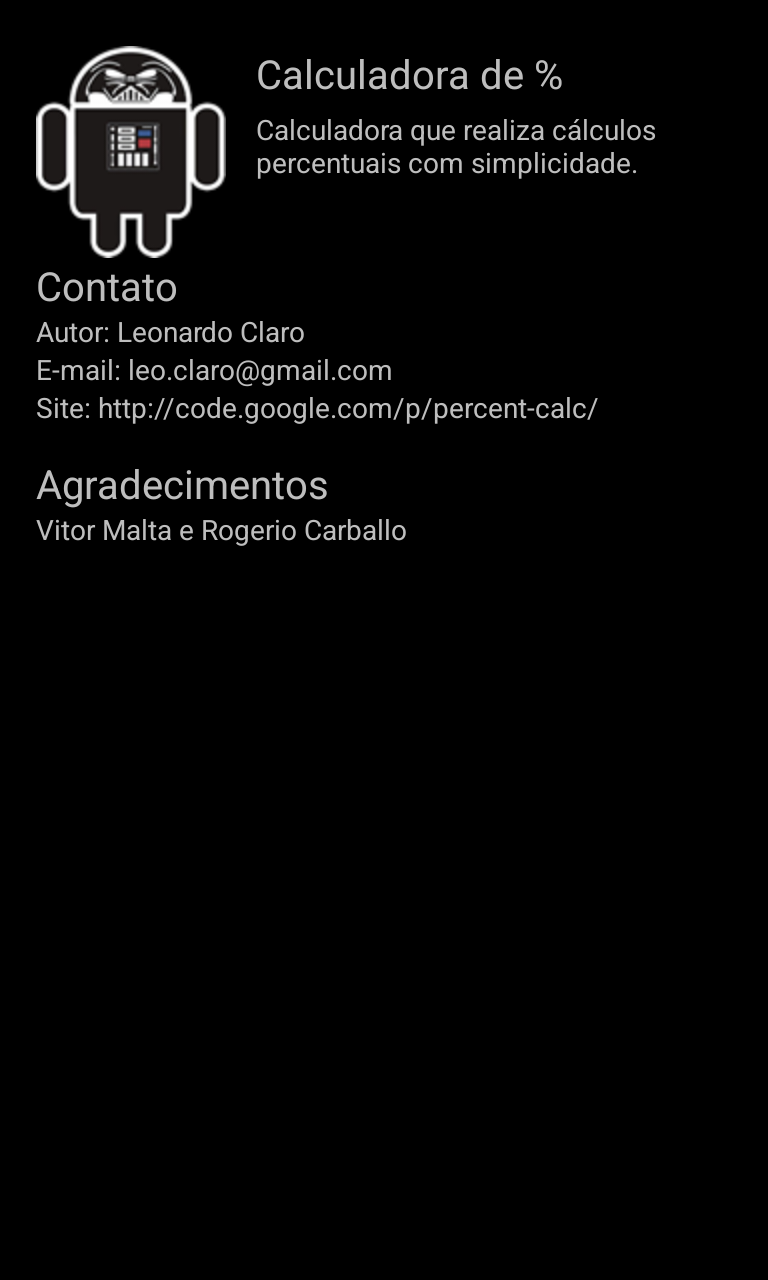
Repository: leoclaro/percentcalc
Layout: CalcularPercentagem/res/layout/sobre.xml
An editor plug-in stored every save of this project. The layout is shown before and after the next save, followed by the edit.
It is drawn on a 768 x 1280 px phone screen (xhdpi) without system bars, with theme android:Theme; the app's code is not run.

Above is the layout before, as saved 2012-05-08 19:02:48.

### CalcularPercentagem/res/layout/sobre.xml
<?xml version="1.0" encoding="utf-8"?>
<RelativeLayout xmlns:android="http://schemas.android.com/apk/res/android"
    android:layout_width="match_parent"
    android:layout_height="match_parent" >

    <ImageView
        android:id="@+id/imageViewBG"
        android:layout_width="wrap_content"
        android:layout_height="wrap_content"
        android:layout_alignParentLeft="true"
        android:layout_alignParentTop="true"
        android:layout_marginLeft="18dp"
        android:layout_marginTop="23dp"
        android:contentDescription="@string/sobreTitulo"
        android:src="@drawable/bg_sobre" />

    <TextView
        android:id="@+id/textViewTitulo"
        android:layout_width="wrap_content"
        android:layout_height="wrap_content"
        android:layout_alignTop="@+id/imageViewBG"
        android:layout_marginLeft="128dp"
        android:text="@string/sobreTitulo"
        android:textSize="20dp" />

    <TextView
        android:id="@+id/textViewDescricao"
        android:layout_width="wrap_content"
        android:layout_height="wrap_content"
        android:layout_alignLeft="@+id/textViewTitulo"
        android:layout_below="@+id/textViewTitulo"
        android:layout_marginTop="5dp"
        android:text="@string/sobreDescricao" />

    <TextView
        android:id="@+id/textViewContato"
        android:layout_width="wrap_content"
        android:layout_height="wrap_content"
        android:layout_alignLeft="@+id/imageViewBG"
        android:text="@string/sobreContato"
        android:layout_below="@+id/imageViewBG"
        android:textSize="20dp" />

    <TextView
        android:id="@+id/textViewAutor"
        android:layout_width="wrap_content"
        android:layout_height="wrap_content"
        android:layout_alignLeft="@+id/imageViewBG"
        android:layout_below="@+id/textViewContato"
        android:text="@string/sobreAutor" />
    <TextView
        android:id="@+id/textViewEmail"
        android:layout_width="wrap_content"
        android:layout_height="wrap_content"
        android:layout_alignLeft="@+id/imageViewBG"
        android:layout_below="@+id/textViewAutor"
        android:text="@string/sobreEmail" />

    <TextView
        android:id="@+id/textViewWebsite"
        android:layout_width="wrap_content"
        android:layout_height="wrap_content"
        android:layout_alignLeft="@+id/imageViewBG"
        android:layout_below="@+id/textViewEmail"
        android:text="@string/sobreWebsite" />

    <TextView
        android:id="@+id/textViewAgradecimentos"
        android:layout_width="wrap_content"
        android:layout_height="wrap_content"
        android:layout_alignLeft="@+id/imageViewBG"
        android:text="@string/sobreAgradecimentos"
        android:layout_below="@+id/textViewWebsite"
        android:layout_marginTop="15dp"
        android:textSize="20dp" />

    <TextView
        android:id="@+id/textViewAgradecimentosCredito"
        android:layout_width="wrap_content"
        android:layout_height="wrap_content"
        android:layout_alignLeft="@+id/imageViewBG"
        android:layout_below="@+id/textViewAgradecimentos"
        android:text="@string/sobreAgradecimentosCredito" />

</RelativeLayout>

### CalcularPercentagem/res/values/sobrestrings.xml
<?xml version="1.0" encoding="utf-8"?>
<resources>
    <string name="sobreTitulo">Calculadora de %</string>
    <string name="sobreAutor">Autor: Leonardo Claro</string>
    <string name="sobreEmail">E-mail: leo.claro@gmail.com</string>
    <string name="sobreWebsite">Site: http://code.google.com/p/percent-calc/</string>
    <string name="sobreDescricao">Calculadora que realiza cálculos percentuais com simplicidade.</string>
    <string name="sobreContato">Contato</string>
    <string name="sobreAgradecimentosCredito">Vitor Malta e Rogerio Carballo</string>
    <string name="sobreAgradecimentos">Agradecimentos</string>

</resources>

After the next save:
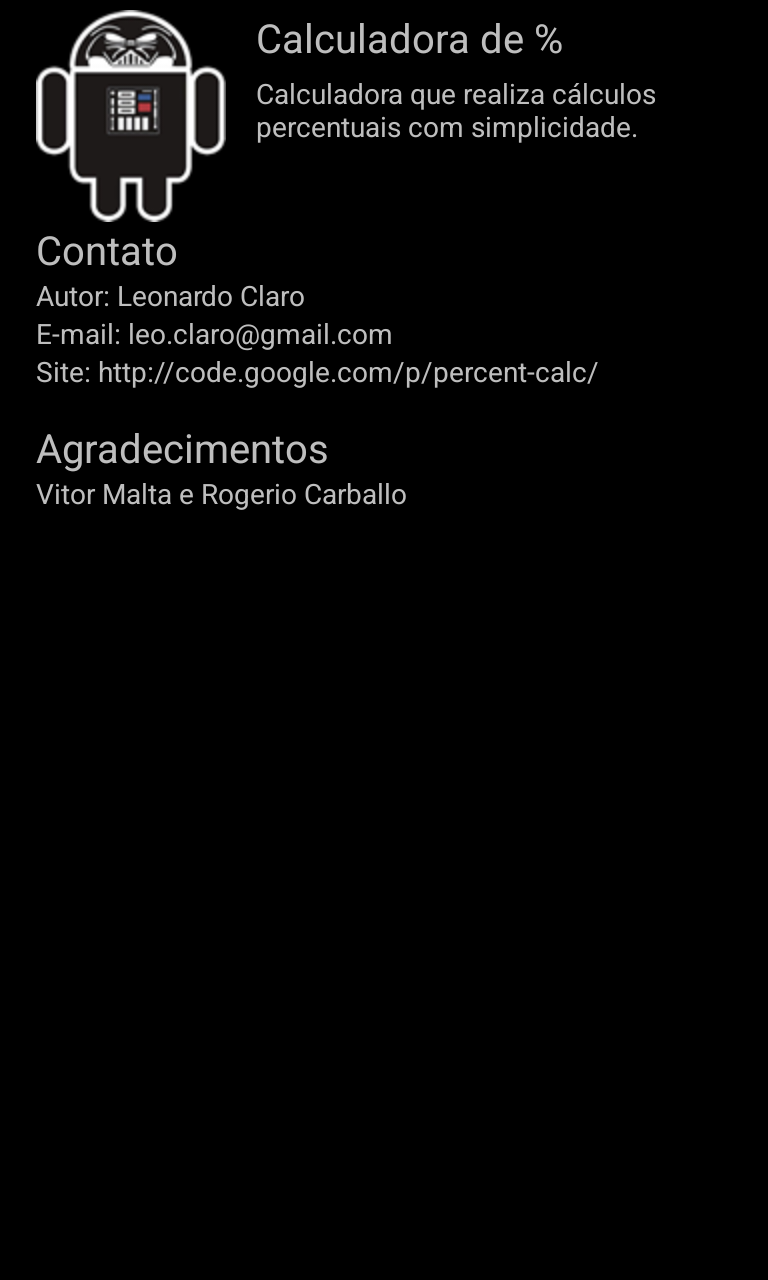
Saved 30 min 18 s later.
--- a/CalcularPercentagem/res/layout/sobre.xml
+++ b/CalcularPercentagem/res/layout/sobre.xml
@@ -10,7 +10,7 @@
         android:layout_alignParentLeft="true"
         android:layout_alignParentTop="true"
         android:layout_marginLeft="18dp"
-        android:layout_marginTop="23dp"
+        android:layout_marginTop="5dp"
         android:contentDescription="@string/sobreTitulo"
         android:src="@drawable/bg_sobre" />
 
